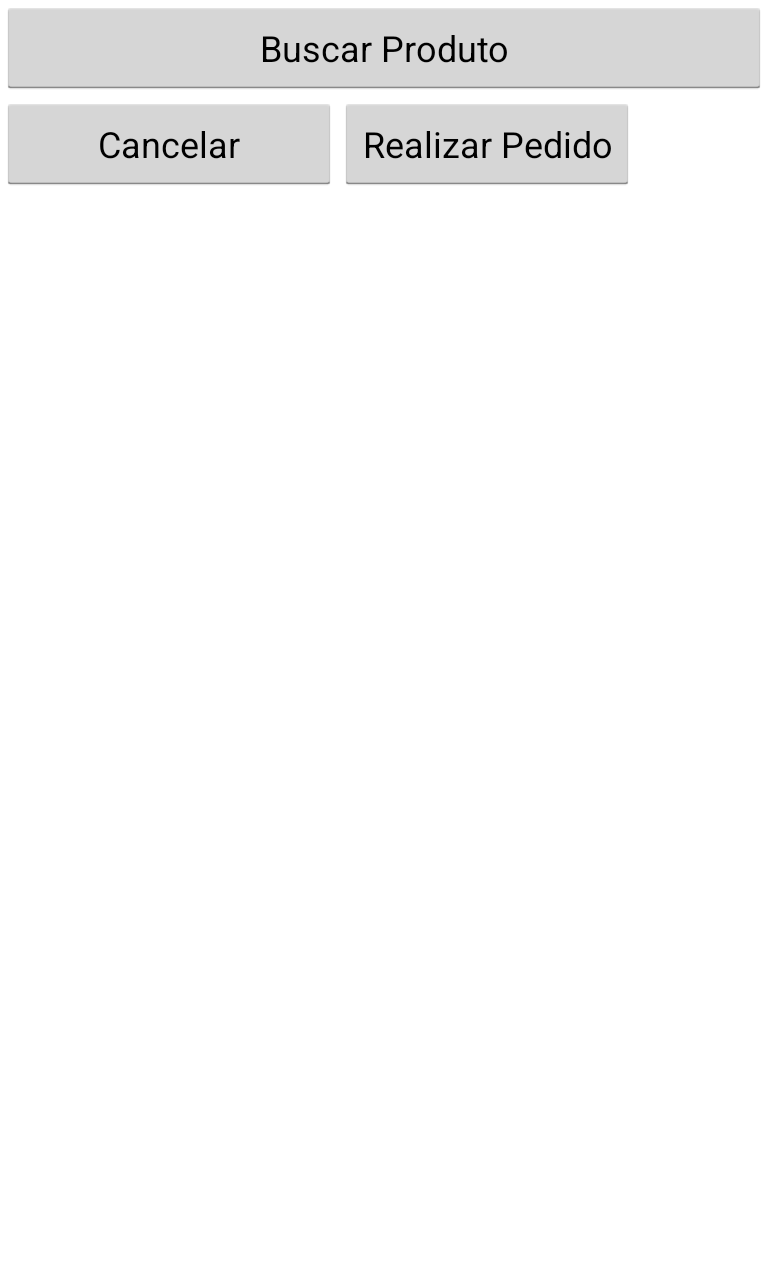
Repository: tmalveirac/mobpdv
Layout: WorkspaceAndroid/MobPDVProjet/res/layout/activity_pedido.xml
An editor plug-in stored every save of this project. The layout is shown before and after the next save, followed by the edit.
It is drawn on a 768 x 1280 px phone screen (xhdpi) without system bars, with theme AppTheme; the app's code is not run.

Above is the layout before, as saved 2013-05-21 13:22:33.

### WorkspaceAndroid/MobPDVProjet/res/layout/activity_pedido.xml
<LinearLayout xmlns:android="http://schemas.android.com/apk/res/android"
    xmlns:tools="http://schemas.android.com/tools"
      android:id="@+id/pedido_form"
    android:layout_width="fill_parent"
    android:layout_height="fill_parent"
    android:orientation="vertical"

    tools:context=".PedidoActivity" >

    <Button
        android:id="@+id/btnBpdt"
        android:layout_width="fill_parent"
        android:layout_height="wrap_content"
        android:text="@string/btnBpdt" />

    <LinearLayout
        android:id="@+id/pedido_foot"
        android:orientation="horizontal"
        android:layout_width="fill_parent"
    	android:layout_height="wrap_content"
                >

        <Button
            android:id="@+id/btnCancelarPedido"
            android:layout_width="169dp"
            android:layout_height="wrap_content"
            android:text="@string/btnCancelarPedido" />

        <Button
            android:id="@+id/btnRealizarPedido"
            android:layout_width="wrap_content"
            android:layout_height="wrap_content"
            android:text="@string/btnRealizarPedido" />

    </LinearLayout>

</LinearLayout>

### WorkspaceAndroid/MobPDVProjet/res/values/strings.xml
<?xml version="1.0" encoding="utf-8"?>
<resources>

    <string name="app_name">MobPDV</string>
    <string name="action_settings">Configurações</string>
    <string name="hello_world">Hello world!</string>
    <string name="btnAbrCxa">Abrir Caixa</string>
    <string name="btnIniVda">Iniciar Venda</string>
    <string name="btnFecCxa">Fechar Caixa</string>
    <string name="btnVerCdp">Ver Cardápio</string>
    <string name="btnBpdt">Buscar Produto</string>
    <string name="title_activity_ciclo_vida">CicloVida</string>
    <string name="title_activity_pedido">Pedido</string>
    <string name="title_activity_cardapio">Cardapio</string>
    <string name="txtMain">MobPDV</string>
    <string name="btnCancelarPedido">Cancelar</string>
    <string name="btnRealizarPedido">Realizar Pedido</string>


</resources>

Loaded but not shown: WorkspaceAndroid/MobPDVProjet/res/values/styles.xml (common file); WorkspaceAndroid/MobPDVProjet/res/values-v11/styles.xml (common file); WorkspaceAndroid/MobPDVProjet/res/values-v14/styles.xml (common file)

After the next save:
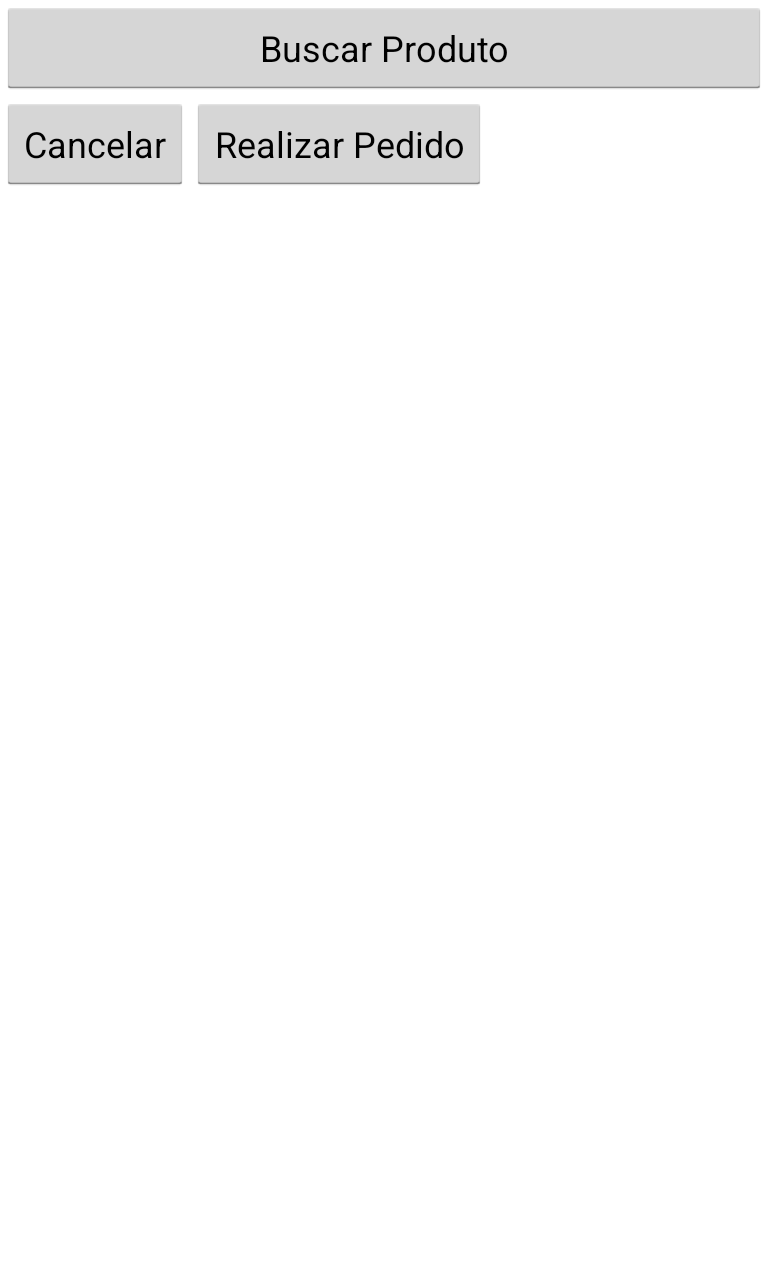
Saved 22 s later.
--- a/WorkspaceAndroid/MobPDVProjet/res/layout/activity_pedido.xml
+++ b/WorkspaceAndroid/MobPDVProjet/res/layout/activity_pedido.xml
@@ -22,7 +22,7 @@
 
         <Button
             android:id="@+id/btnCancelarPedido"
-            android:layout_width="169dp"
+            android:layout_width="wrap_content"
             android:layout_height="wrap_content"
             android:text="@string/btnCancelarPedido" />
 
